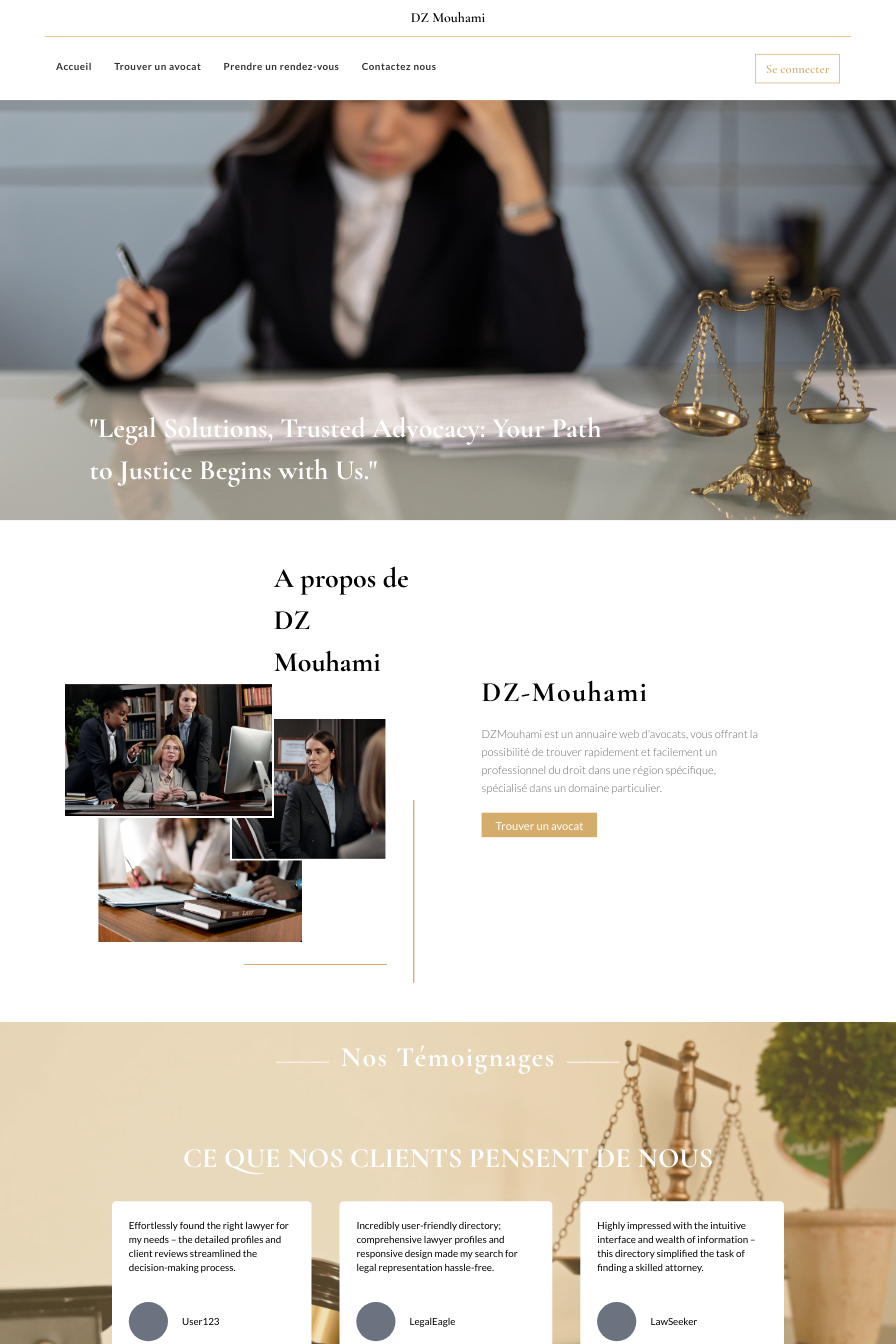
Repository: Chekrouba-Tinhinane/Mohami_dz
Page: / (app in client/)
The author's editor kept a copy of each file at every save. The page is drawn from the files as they stood at one save, then again after the next save.
The browser window is 1280 px wide. The pictures show the part of the page from y = 0 to 1920 px (the page is 4268 px tall before and 720 px after), at 70% of full size.
The project was rebuilt for these pictures with package versions that can differ from the ones it lists, and the page was loaded fresh each time. Also part of the build but not shown: client/vite.config.js, client/src/SignIn.jsx, client/src/components/Selector.jsx, client/src/components/SearchContainer.jsx, client/src/Search.jsx, client/src/components/super/HomeLayout.jsx, client/src/components/Profile.jsx.

Above is the page before, as saved 2024-01-25 18:15:37.

After the next save:
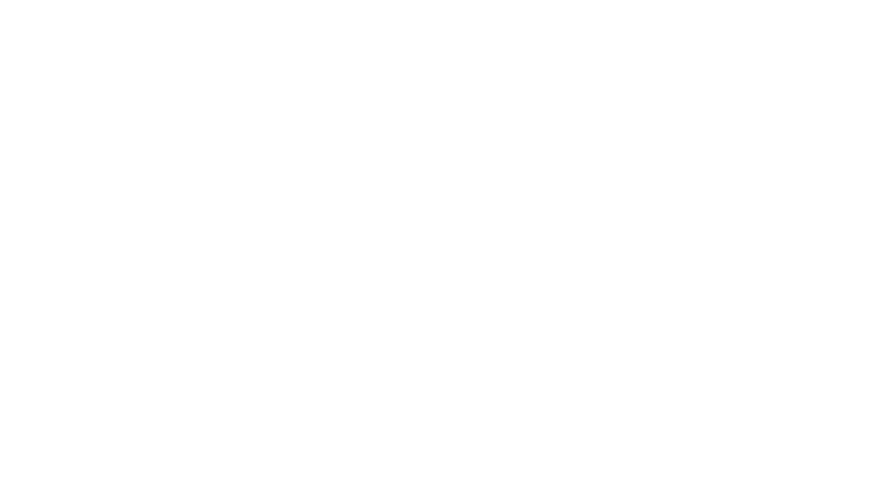
Console error: ReferenceError: useState is not defined
Saved 13 s later.
--- a/client/src/LandingPage.jsx
+++ b/client/src/LandingPage.jsx
@@ -269,6 +269,13 @@ function Hero() {
 }
 
 function Footer() {
+  const [language, setLanguage] = useState('fr');
+
+  const handleLanguageChange = (selectedLanguage) => {
+    setLanguage(selectedLanguage);
+    // You can add logic here to change the language of your website
+    // For example, you might reload the page or fetch translated content from a server
+  };
   return (
     <footer
       id="footer"

After the save that followed:
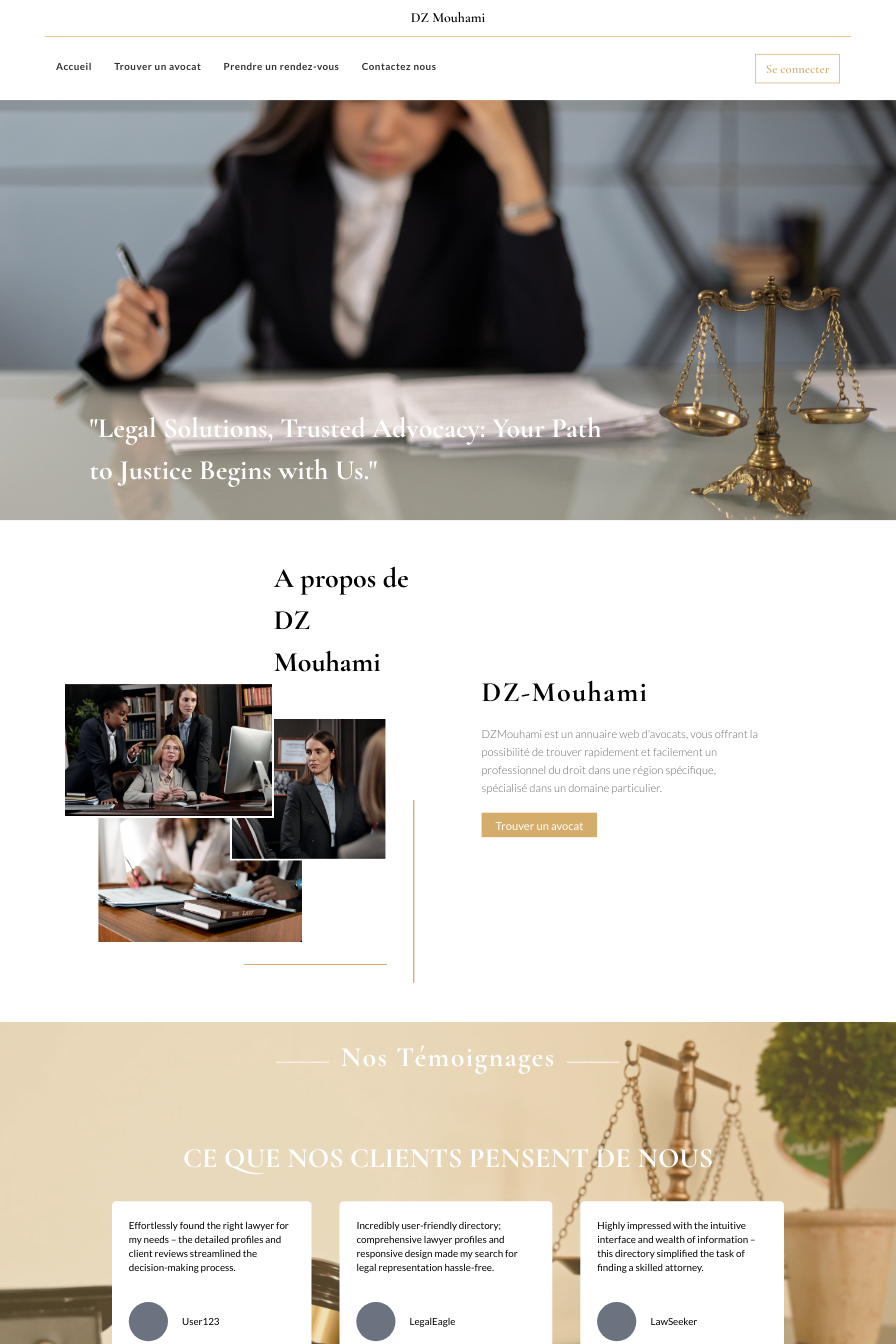
The error is gone.
Saved 23 s later.
--- a/client/src/LandingPage.jsx
+++ b/client/src/LandingPage.jsx
@@ -1,4 +1,4 @@
-import React, { useEffect } from "react";
+import React, { useEffect, useState } from "react";
 
 import header from "./assets/landing/header.jpg";
 import hero from "./assets/landing/hero.png";
